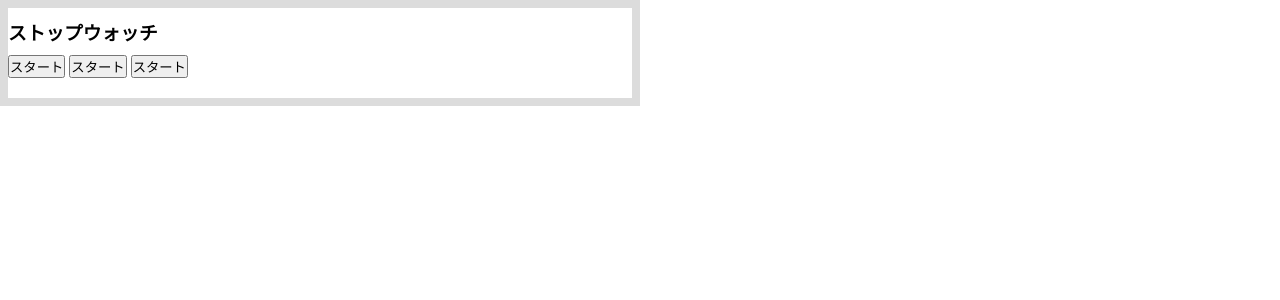
Repository: kenshirou01/TraialStopWatch
Page: kadai2/index.html
The author's editor kept a record of every edit. The page is drawn from the files as they stood at one moment, then again after the next edit.
The browser window is 1280 px wide. The pictures show the whole page.

Above is the page before.
Console error: TypeError: Cannot read properties of null (reading 'addEventListener')

### kadai2/index.html
<!DOCTYPE html>
<html lang="js">
<head>
  <meta charset="utf-8">
  <title>ストップウォッチ</title>
  <script src="js/jquery-3.6.0.js"></script>
  <link rel="stylesheet" href="css/main.css">
</head>
<body>
  <div class="continner">
    <h3>ストップウォッチ</h3>
    <div class="buttons">
      <button class="button_start">スタート</button>
      <button class="button_start">スタート</button>
      <button class="button_start">スタート</button>
    </div>
  </div>


  <script src="js/main.js"></script>
</body>
</html>

### kadai2/css/main.css
body, div, h3, button {
    padding: 0;
    margin: 0;
    box-sizing: border-box;
}

button {
    cursor: pointer;
}

.continner {
    width: 50%;
    border: solid;
    border-width: 8px;
    border-color: #dcdcdc;
}

.continner h3 {
    margin: 10px 0;
}

#timer {
    font-size: 30px;
    letter-spacing: 10px;
    padding: 20px
}

.buttons {
    margin-bottom: 20px;
}

.button_width {
    padding: 10px;
}

### kadai2/js/main.js
'use strict';
/* global $*/

{
    const timer = document.getElementById('timer');
    const start = document.getElementById('start');
    const stop = document.getElementById('stop');
    const reset = document.getElementById('reset');
    // クリック時の時間を保持する
    let startTime;
    // 経過時刻を更新する
    let elapsedTime = 0;
    // タイマーを止めるにはclearTimeoutを使い、引数に渡すIDが必要
    let timerId;
    // タイマーをストップ -> 再開させたら０になってしまうのを避ける変数。
    let timeToadd = 0;

    function updateTimetText(){
        // 変数 = 13520 / xミリ秒で割った数の商
        let m = Math.floor(elapsedTime / 60000);
        //s(秒) = 135200 % 60000ミリ秒で / 1000 (ミリ秒なので1000で割ってやる) -> 15秒
        let ds = Math.floor(elapsedTime % 60000 / 10000)
        let s = Math.floor(elapsedTime % 60000 / 1000);
        let ms = elapsedTime % 1000;

        // 例135200 / 60000 = 2(Math.floorで少数点切捨てるので)-1で末尾一桁固定にできる。
        m = ('0' + m).slice(-1);
        ds = ('0' + ds).slice(-1);
        s = ('0' + s).slice(-1);
        ms = ('0' + ms).slice(1,2);

        // 表示させる。
        timer.textContent = m + ':' + ds + ':' + s + ':' + ms;


    }

    function countUp() {
        // timerId変数はsetTimeoutの返り値になるので代入する
        timerId = setTimeout(function(){
            //経過時刻は現在時刻をミリ秒で示すDate.now()からstartを押した時の時刻(startTime)を引く
            elapsedTime = Date.now() - startTime + timeToadd;
            updateTimetText();

            //countUp関数自身を呼ぶことで10ミリ秒毎に以下の計算を始める
            countUp();

        },10);
    }

    // startボタンにクリック時のイベントを追加（タイマースタートイベント）
    start.addEventListener('click', function(){

        // クリックした時間を代入
        startTime = Date.now();
        countUp();

        Activated();
    });

    // stopボタンにクリック時のイベントを追加
    stop.addEventListener('click', function(){
        //タイマーを止めるにはclearTimeoutを使う必要があり、
        // そのためにはclearTimeoutの引数に渡すためのタイマーのidが必要
        clearTimeout(timerId);

        // stopした際の経過時間を再開時に＋
        timeToadd += Date.now() - startTime;
    });

    // resetボタンにクリック時のイベントを追加
    reset.addEventListener('click', function() {
       elapsedTime = 0;
       timeToadd = 0;
       updateTimetText();
    });

    function Activated(){
        if(stop.disabled === false){
            stop.disabled=true;
        }
        start.disabled=true;
        reset.disabled=true;
        // start.removeAttribute("disabled");

    }

}

Loaded but not shown: kadai2/js/jquery-3.6.0.js (library)

After the next edit:
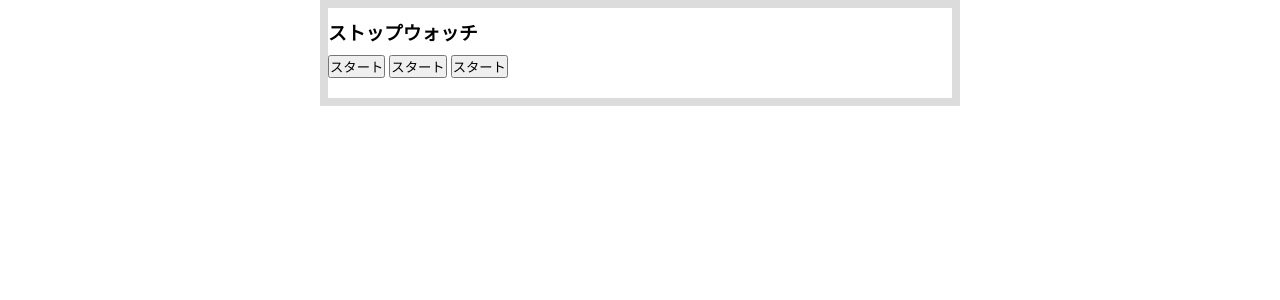
The edit:
--- a/kadai2/css/main.css
+++ b/kadai2/css/main.css
@@ -13,6 +13,11 @@
     border: solid;
     border-width: 8px;
     border-color: #dcdcdc;
+    margin: 0 auto;
+}
+
+.content {
+    text-align: center;
 }
 
 .continner h3 {
